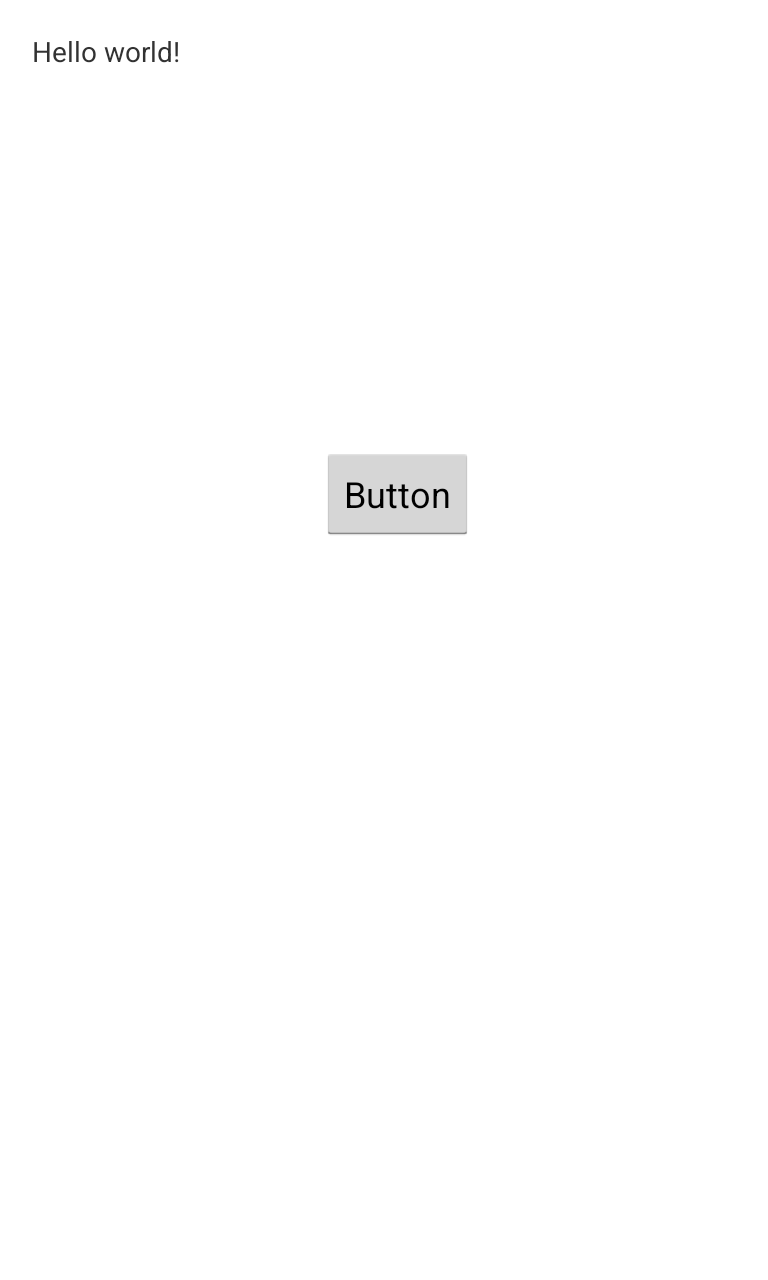
Repository: zhaoguoquan94/Purified
Layout: Android/Qwe/res/layout/activity_main_activity2.xml
An editor plug-in stored every save of this project. The layout is shown before and after the next save, followed by the edit.
It is drawn on a 768 x 1280 px phone screen (xhdpi) without system bars, with theme AppTheme; the app's code is not run.

Above is the layout before, as saved 2014-05-20 03:57:30.

After the next save:
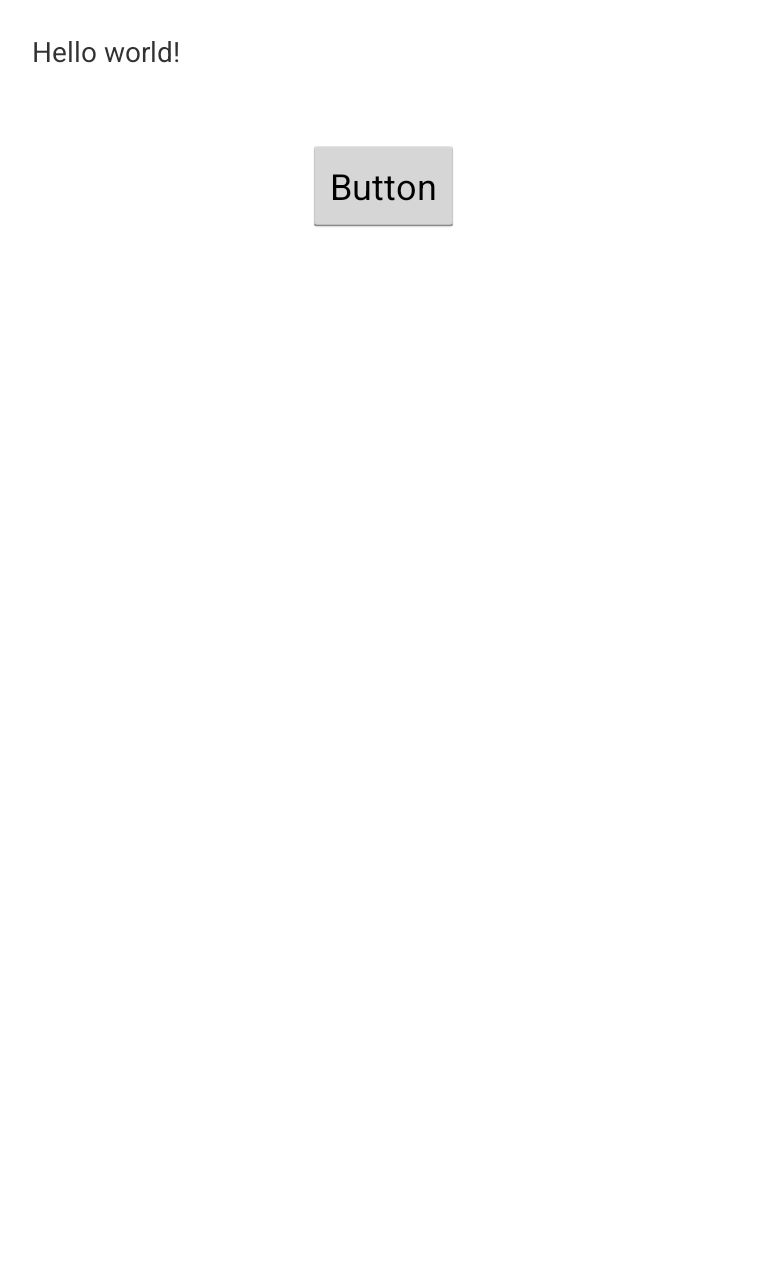
Saved 2 h 7 min later.
--- a/Android/Qwe/res/layout/activity_main_activity2.xml
+++ b/Android/Qwe/res/layout/activity_main_activity2.xml
@@ -19,9 +19,8 @@
         android:layout_width="wrap_content"
         android:layout_height="wrap_content"
         android:layout_below="@+id/textView1"
-        android:layout_marginLeft="70dp"
-        android:layout_marginTop="188dp"
-        android:layout_toRightOf="@+id/textView1"
+        android:layout_centerHorizontal="true"
+        android:layout_marginTop="34dp"
         android:text="Button" />
 
 </RelativeLayout>
